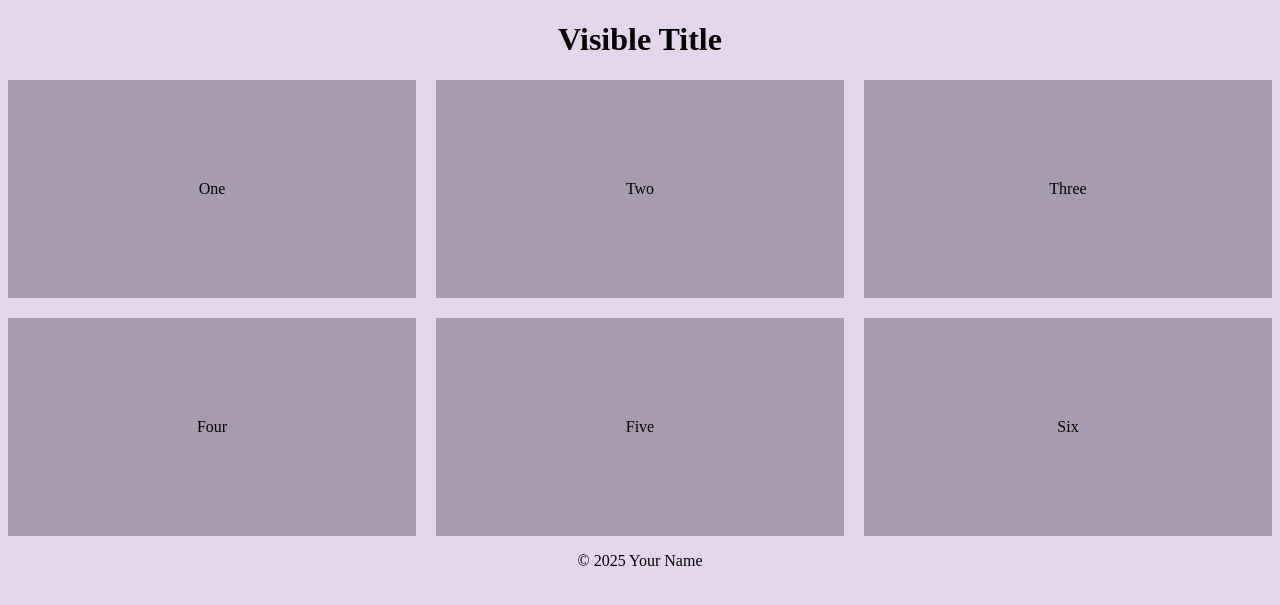
Repository: Brittany-Westlund/WebDesign
Page: FinalProject/index.html
The author's editor kept a copy of each file at every save. The page is drawn from the files as they stood at one save, then again after the next save.
The browser window is 1280 px wide. The pictures show the whole page.

Above is the page before, as saved 2025-06-13 11:40:58.

After the next save:
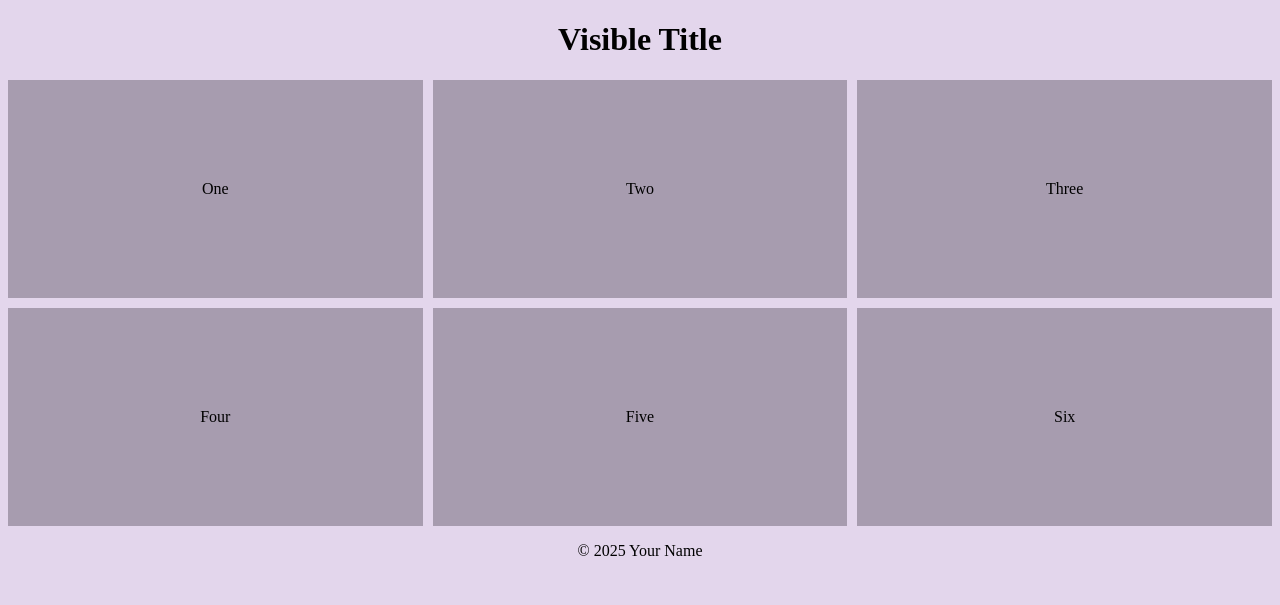
Saved 10 s later.
--- a/FinalProject/style/style.css
+++ b/FinalProject/style/style.css
@@ -9,7 +9,7 @@ header {
 .gallery {
   display: grid;
   grid-template-columns: 1fr 1fr 1fr;
-  gap: 20px;
+  gap: 10px;
 }
 
 .item {
